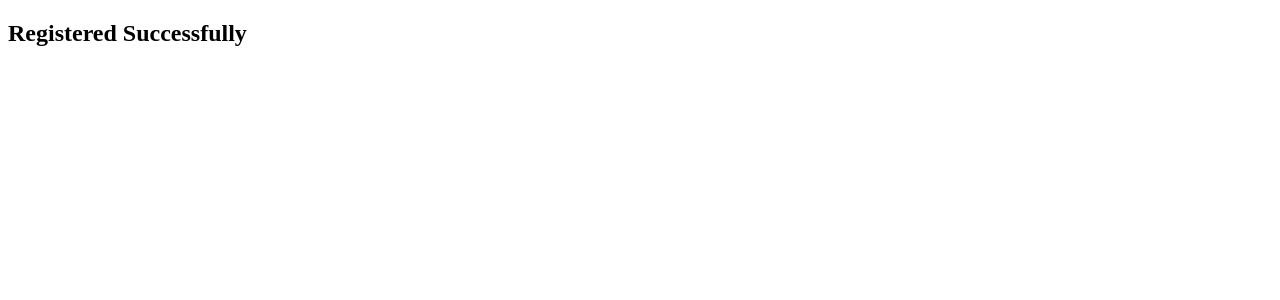
Repository: Sameer-0/workspace
Page: http://localhost/StudentCrud/views/info.jsp
An editor plug-in stored every save of this project. The page is shown before and after the next save, followed by the edit.
The browser window is 1280 px wide. The pictures show the whole page.
The page is served by Tomcat 9.

Above is the page before, as saved 2022-07-12 09:46:38.

After the next save:
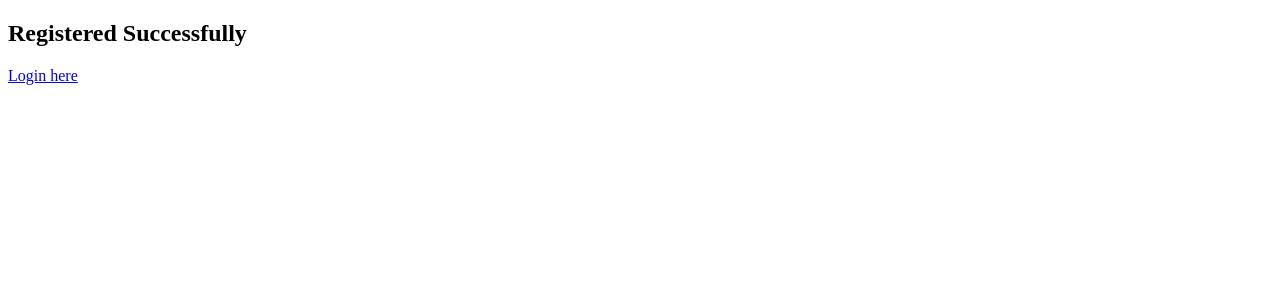
Saved 3 min 59 s later.
--- a/StudentCrud/src/main/webapp/views/info.jsp
+++ b/StudentCrud/src/main/webapp/views/info.jsp
@@ -9,5 +9,7 @@
 <body>
 <form action="student-details"></form>
    <h2>Registered Successfully</h2>
+
+   <a href="/views/login.jsp">Login here</a>
 </body>
 </html>
